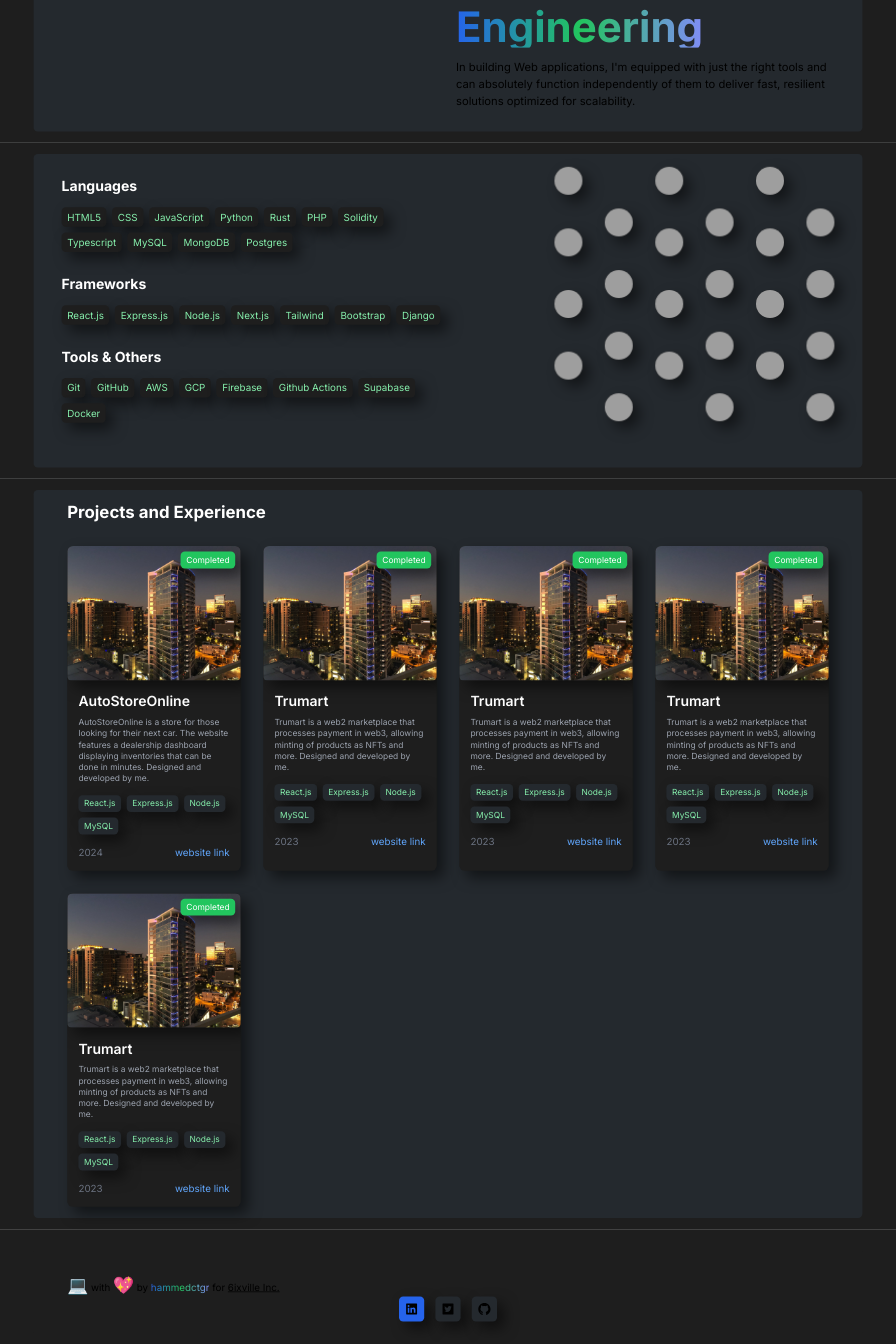
Repository: muhammedctgr/hammedctgr
Page: /
An editor plug-in stored every save of this project. The page is shown before and after the next save, followed by the edit.
The browser window is 1280 px wide. The pictures show the part of the page from y = 840 to 2760 px (the page is 2760 px tall), at 70% of full size.
Pictures or frames that could not be fetched are drawn as grey boxes. The project was rebuilt for these pictures with package versions that can differ from the ones it lists, and the page was loaded fresh each time. The framework's server and built-in components were replaced by stand-ins that run in the browser. Also part of the build but not shown: next.config.mjs.

Above is the page before, as saved 2024-08-13 20:43:29.

### app/layout.tsx
import type { Metadata } from "next";
import { Inter } from "next/font/google";
import "./globals.css";

const inter = Inter({ subsets: ["latin"] });

export const metadata: Metadata = {
  title: "Popoola Muhammed",
  description: "Generated by create next app",
};

export default function RootLayout({
  children,
}: Readonly<{
  children: React.ReactNode;
}>) {
  return (
    <html lang="en">
      <body className={inter.className}>{children}</body>
    </html>
  );
}

### app/page.tsx
import Head from 'next/head';
import Hero from '../components/Hero';
import SkillsSection from '@/components/SkillsSection';
import SummarySection from '@/components/SummarySection';
import ProjectsSection from '@/components/ProjectsSection';
import Footer from '@/components/Footer';

const Home = () => (
  <div>
    <Head>
      <title>Popoola Muhammed</title>
      <meta name="description" content="Welcome to my developer portfolio" />
    </Head>

    <Hero />
    <SummarySection />
    <SkillsSection />
    <ProjectsSection />
    <Footer />
  </div>
);

export default Home;

### app/globals.css
@tailwind base;
@tailwind components;
@tailwind utilities;

:root {
  --foreground-rgb: 0, 0, 0;
  --background-start-rgb: 214, 219, 220;
  --background-end-rgb: 255, 255, 255;
}

@media (prefers-color-scheme: dark) {
  :root {
    --foreground-rgb: 255, 255, 255;
    --background-start-rgb: 0, 0, 0;
    --background-end-rgb: 0, 0, 0;
  }
}

body {
  color: rgb(var(--foreground-rgb));
  background: linear-gradient(
      to bottom,
      transparent,
      rgb(var(--background-end-rgb))
    )
    rgb(var(--background-start-rgb));
}

@layer utilities {
  .text-balance {
    text-wrap: balance;
  }
}


@keyframes upDown {
  0%, 100% {
    transform: translateY(0);
  }
  50% {
    transform: translateY(-10px); /* Adjust the value as needed */
  }
}

.animate-upDown {
  animation: upDown 2s infinite ease-in-out; /* Adjust duration as needed */
}


@keyframes scroll-medium {
  0% {
    transform: translateY(-100%);
  }
  100% {
    transform: translateY(100%);
  }
}

@keyframes scroll-fast {
  0% {
    transform: translateY(-100%);
  }
  100% {
    transform: translateY(30vh);
  }
}

@keyframes scroll-upfast {
  0% {
    transform: translateY(100%);
  }
  100% {
    transform: translateY(-30vh);
  }
}

.animate-scroll-upfast {
  animation: scroll-upfast 2s linear infinite;
}

.animate-scroll-fast {
  animation: scroll-fast 2s linear infinite;
}

.animate-scroll-medium {
  animation: scroll-medium 6s linear infinite;
}

.animate-scroll-delay {
  animation-delay: 2s;
}

.animate-scroll-delay-long {
  animation-delay: 4s;
}

.animate-scroll {
  animation: scroll 10s linear infinite;
}

.neumorph {
  border-radius: 5px;
  background: linear-gradient(145deg, #161414, #1a1818);
  box-shadow:  5px 5px 10px #111010,
               -5px -5px 10px #1f1c1c;
}

### components/Hero.tsx
import Image from 'next/image';
import profilePic from '../public/profile.png';
import { AiFillLinkedin, AiFillGithub, AiFillTwitterSquare, AiFillX } from 'react-icons/ai';

const Hero = () => {
  return (
    <section className="bg-gptGray px-4 py-4 md:pt-8 md:px-8 lg:px-12 text-white flex items-center">
  <div className="container bg-githubGray shadow-lg rounded-md mx-auto flex flex-col md:flex-row md:px-2 relative overflow-hidden">
    <div className="flex-1 text-left p-4 md:p-8">
      <div className="inline-block bg-blue-600 text-black py-1 px-3 mb-4 rounded-md">
        Hi, I’m
      </div>
      <div className="mb-6">
        <h1 className="text-xl md:text-3xl font-bold">Popoola Muhammed</h1>
        <p className="mt-2 text-lg md:text-xl">Full-Stack Developer, I build and manage</p>
      </div>
      <ul className="mt-4 list-disc list-inside text-xs md:text-base">
        <li>Highly Optimized and Responsive <span className="text-blue-600">FRONT-END</span></li>
        <li>Secure and Scalable <span className="text-blue-600">BACK-END & DATABASE</span></li>
        <li><span className="text-blue-600">IT</span> Infrastructure</li>
      </ul>
      <div className="mt-6">
        <a href="#contact" className="underline">Let’s Connect</a>
        <div className="mt-2 flex justify-start space-x-4">
          <a href="#" className="bg-blue-600 p-2 rounded-md shadow-deep-all">
            <AiFillLinkedin size={20} />
          </a>
          <a href="#" className="bg-githubGray p-2 rounded-md shadow-deep-all">
            <AiFillTwitterSquare size={20} />
          </a>
          <a href="#" className="bg-githubGray p-2 rounded-md shadow-deep-all">
            <AiFillGithub size={20} />
          </a>
        </div>
      </div>
    </div>
    <div className="relative flex-1 p-4 md:p-8">
      <img src="https://cdn.jsdelivr.net/gh/devicons/devicon@latest/icons/python/python-original.svg" className="right-4 w-8 h-8 md:w-16 md:h-16 lg:w-16 lg:h-16 bg-gptGray rounded-md animate-bounce shadow-deep-all" />
      <div className="relative w-40 h-40 md:w-72 md:h-72 lg:w-96 lg:h-96 mx-auto">
        <Image src={profilePic} alt="Popoola Muhammed" layout="fill" className="rounded-full object-cover animate-upDown" />
      </div>
      <img src="https://cdn.jsdelivr.net/gh/devicons/devicon@latest/icons/rust/rust-original.svg"  className="w-8 h-8 md:w-16 md:h-16 lg:w-16 lg:h-16 bg-gptGray rounded-3xl shadow-deep-all animate-bounce absolute top-8 right-4" />
      <img src="https://cdn.jsdelivr.net/gh/devicons/devicon@latest/icons/javascript/javascript-original.svg" className="w-8 h-8 md:w-12 md:h-12 lg:w-12 lg:h-12 bg-gptGray rounded-md animate-bounce shadow-deep-all" />
    </div>
    <img src="https://cdn.jsdelivr.net/gh/devicons/devicon@latest/icons/nextjs/nextjs-original.svg" className="w-8 h-8 md:w-12 md:h-12 lg:w-12 lg:h-12 bg-gptGray rounded-3xl shadow-deep-all animate-bounce absolute bottom-4 right-36" />
  </div>
</section>
  );
};

export default Hero;

### components/SkillsSection.tsx
import Image from 'next/image';
import { FC } from 'react';

interface SkillCategory {
  title: string;
  skills: { name: string; }[];
}

const skills: SkillCategory[] = [
  {
    title: "Languages",
    skills: [
      { name: "HTML5",  },
      { name: "CSS", },
      { name: "JavaScript",  },
      { name: "Python", },
      { name: "Rust",  },
      { name: "PHP", },
      { name: "Solidity",  },
      { name: "Typescript",  },
      { name: "MySQL",  },
      { name: "MongoDB", },
      { name: "Postgres", },
    ],
  },
  {
    title: "Frameworks",
    skills: [
      { name: "React.js", },
      { name: "Express.js",  },
      { name: "Node.js", },
      { name: "Next.js", },
      { name: "Tailwind", },
      { name: "Bootstrap", },
      { name: "Django", }
    ],
  },
  {
    title: "Tools & Others",
    skills: [
      { name: "Git",  },
      { name: "GitHub",  },
      { name: "AWS", },
      { name: "GCP", },
      { name: "Firebase", },
      { name: "Github Actions", },
      { name: "Supabase",  },
      { name: "Docker",  },
    ],
  },
];

const icons = [
  "/icons/html5.svg", // Replace with your icon paths
  "/icons/css3.svg",
  "/icons/javascript.svg",
  "/icons/python.svg",
  // Add the rest of the icons as needed
];

const SkillsSection: FC = () => {
  return (
  <section className="px-4 py-4 md:px-8 lg:px-12 bg-gptGray text-white w-full h-full">
  <div className="container bg-githubGray rounded-md mx-auto flex flex-col md:flex-row items-start md:px-2">
    <div className="flex-1 p-4 md:p-8">
      {skills.map((category) => (
        <div key={category.title} className="mb-8">
          <h2 className="text-lg md:text-xl font-bold mb-4 ">{category.title}</h2>
          <div className="flex flex-wrap gap-2">
            {category.skills.map((skill) => (
              <span
                key={skill.name}
                className={`px-2 py-1 rounded-md text-sm shadow-deep-all bg-gptGray text-green-300`}
              >
                {skill.name}
              </span>
            ))}
          </div>
        </div>
      ))}
    </div>
    <div className="flex-1 flex flex-col items-center md:items-end overflow-hidden md:pb-8">
      <div className="grid grid-cols-6 md:grid-cols-6 gap-8 p-4 md:p-8">
      <img src="https://cdn.jsdelivr.net/gh/devicons/devicon@latest/icons/html5/html5-original.svg" className="w-10 h-10 md:w-10 md:h-10 lg:w-10 lg:h-10 bg-gptGray rounded-3xl shadow-deep-all mt-4 animate-scroll-fast" />
      <img src="https://cdn.jsdelivr.net/gh/devicons/devicon@latest/icons/css3/css3-original.svg" className="w-10 h-10 md:w-10 md:h-10 lg:w-10 lg:h-10 bg-gptGray rounded-3xl shadow-deep-all mt-4 animate-scroll-upfast" />
      <img src="https://cdn.jsdelivr.net/gh/devicons/devicon@latest/icons/javascript/javascript-original.svg" className="w-10 h-10 md:w-10 md:h-10 lg:w-10 lg:h-10 bg-gptGray rounded-3xl shadow-deep-all mt-4 animate-scroll-fast" />
      <img src="https://cdn.jsdelivr.net/gh/devicons/devicon@latest/icons/python/python-original.svg" className="w-10 h-10 md:w-10 md:h-10 lg:w-10 lg:h-10 bg-gptGray rounded-3xl shadow-deep-all mt-4 animate-scroll-upfast" />
      <img src="https://cdn.jsdelivr.net/gh/devicons/devicon@latest/icons/rust/rust-original.svg"  className="w-10 h-10 md:w-10 md:h-10 lg:w-10 lg:h-10 bg-gptGray rounded-3xl shadow-deep-all mt-4 animate-scroll-fast" />
      <img src="https://cdn.jsdelivr.net/gh/devicons/devicon@latest/icons/php/php-original.svg" className="w-10 h-10 md:w-10 md:h-10 lg:w-10 lg:h-10 bg-gptGray rounded-3xl shadow-deep-all mt-4 animate-scroll-upfast"  />
      <img src="https://cdn.jsdelivr.net/gh/devicons/devicon@latest/icons/solidity/solidity-original.svg" className="w-10 h-10 md:w-10 md:h-10 lg:w-10 lg:h-10 bg-gptGray rounded-3xl shadow-deep-all mt-4 animate-scroll-fast" />
      <img src="https://cdn.jsdelivr.net/gh/devicons/devicon@latest/icons/typescript/typescript-original.svg" className="w-10 h-10 md:w-10 md:h-10 lg:w-10 lg:h-10 bg-gptGray rounded-3xl shadow-deep-all mt-4 animate-scroll-upfast" />
      <img src="https://cdn.jsdelivr.net/gh/devicons/devicon@latest/icons/mysql/mysql-original.svg" className="w-10 h-10 md:w-10 md:h-10 lg:w-10 lg:h-10 bg-gptGray rounded-3xl shadow-deep-all mt-4 animate-scroll-fast" />
      <img src="https://cdn.jsdelivr.net/gh/devicons/devicon@latest/icons/mongodb/mongodb-original.svg" className="w-10 h-10 md:w-10 md:h-10 lg:w-10 lg:h-10 bg-gptGray rounded-3xl shadow-deep-all mt-4 animate-scroll-upfast" />
      <img src="https://cdn.jsdelivr.net/gh/devicons/devicon@latest/icons/react/react-original.svg" className="w-10 h-10 md:w-10 md:h-10 lg:w-10 lg:h-10 bg-gptGray rounded-3xl shadow-deep-all mt-4 animate-scroll-fast" />
      <img src="https://cdn.jsdelivr.net/gh/devicons/devicon@latest/icons/nextjs/nextjs-original.svg" className="w-10 h-10 md:w-10 md:h-10 lg:w-10 lg:h-10 bg-gptGray rounded-3xl shadow-deep-all mt-4 animate-scroll-upfast" />
      <img src="https://cdn.jsdelivr.net/gh/devicons/devicon@latest/icons/tailwindcss/tailwindcss-original.svg" className="w-10 h-10 md:w-10 md:h-10 lg:w-10 lg:h-10 bg-gptGray rounded-3xl shadow-deep-all mt-4 animate-scroll-fast" />
      <img src="https://cdn.jsdelivr.net/gh/devicons/devicon@latest/icons/git/git-original.svg" className="w-10 h-10 md:w-10 md:h-10 lg:w-10 lg:h-10 bg-gptGray rounded-3xl shadow-deep-all mt-4 animate-scroll-upfast" />
      <img src="https://cdn.jsdelivr.net/gh/devicons/devicon@latest/icons/github/github-original.svg" className="w-10 h-10 md:w-10 md:h-10 lg:w-10 lg:h-10 bg-gptGray rounded-3xl shadow-deep-all mt-4 animate-scroll-fast" />
      <img src="https://cdn.jsdelivr.net/gh/devicons/devicon@latest/icons/amazonwebservices/amazonwebservices-original-wordmark.svg" className="w-10 h-10 md:w-10 md:h-10 lg:w-10 lg:h-10 bg-gptGray rounded-3xl shadow-deep-all mt-4 animate-scroll-upfast" />
      <img src="https://cdn.jsdelivr.net/gh/devicons/devicon@latest/icons/googlecloud/googlecloud-original.svg" className="w-10 h-10 md:w-10 md:h-10 lg:w-10 lg:h-10 bg-gptGray rounded-3xl shadow-deep-all mt-4 animate-scroll-fast" />
      <img src="https://cdn.jsdelivr.net/gh/devicons/devicon@latest/icons/postgresql/postgresql-original.svg" className="w-10 h-10 md:w-10 md:h-10 lg:w-10 lg:h-10 bg-gptGray rounded-3xl shadow-deep-all mt-4 animate-scroll-upfast" />
      <img src="https://cdn.jsdelivr.net/gh/devicons/devicon@latest/icons/supabase/supabase-original.svg" className="w-10 h-10 md:w-10 md:h-10 lg:w-10 lg:h-10 bg-gptGray rounded-3xl shadow-deep-all mt-4 animate-scroll-fast" />
      <img src="https://cdn.jsdelivr.net/gh/devicons/devicon@latest/icons/docker/docker-original.svg" className="w-10 h-10 md:w-10 md:h-10 lg:w-10 lg:h-10 bg-gptGray rounded-3xl shadow-deep-all mt-4 animate-scroll-upfast" />
      <img src="https://cdn.jsdelivr.net/gh/devicons/devicon@latest/icons/django/django-plain.svg" className="w-10 h-10 md:w-10 md:h-10 lg:w-10 lg:h-10 bg-gptGray rounded-3xl shadow-deep-all mt-4 animate-scroll-fast" />
      <img src="https://cdn.jsdelivr.net/gh/devicons/devicon@latest/icons/bootstrap/bootstrap-original.svg" className="w-10 h-10 md:w-10 md:h-10 lg:w-10 lg:h-10 bg-gptGray rounded-3xl shadow-deep-all mt-4 animate-scroll-upfast" />
      <img src="https://cdn.jsdelivr.net/gh/devicons/devicon@latest/icons/nodejs/nodejs-original.svg" className="w-10 h-10 md:w-10 md:h-10 lg:w-10 lg:h-10 bg-gptGray rounded-3xl shadow-deep-all mt-4 animate-scroll-fast" />
      <img src="https://cdn.jsdelivr.net/gh/devicons/devicon@latest/icons/githubactions/githubactions-original.svg" className="w-10 h-10 md:w-10 md:h-10 lg:w-10 lg:h-10 bg-gptGray rounded-3xl shadow-deep-all mt-4 animate-scroll-upfast" />
      </div>
    </div>
  </div>
</section>
  );
};

export default SkillsSection;

### components/SummarySection.tsx
import { FC } from 'react';

const SummarySection: FC = () => {
  return (
<section className="px-4 py-4 md:px-8 lg:px-12 bg-gptGray relative overflow-hidden">
  <div className="container bg-githubGray mx-auto flex rounded-md flex-col md:flex-row justify-between items-start md:px-8 p-4 md:p-8">
    <div className=" mb-8 md:mb-8">
      <div className="mb-4">
        <span className="text-4xl md:text-6xl font-bold bg-gradient-to-r from-blue-600 via-green-500 to-indigo-400 inline-block text-transparent bg-clip-text">Software</span>
      </div>
      <p className="text-sm md:text-base">
        I'm probably not the typical dev stationed behind a computer, but building state-of-the-art web apps, optimizing performance for scale and avoiding downtime is where you'll find me.
      </p>
    </div>
    <div className=" md:mt-48">
      <div className="mb-4">
        <span className="text-4xl md:text-6xl font-bold bg-gradient-to-r from-blue-600 via-green-500 to-indigo-400 inline-block text-transparent bg-clip-text">Engineering</span>
      </div>
      <p className="text-sm md:text-base">
        In building Web applications, I'm equipped with just the right tools and can absolutely function independently of them to deliver fast, resilient solutions optimized for scalability.
      </p>
    </div>
  </div>
</section>
  );
};

export default SummarySection;

### components/ProjectsSection.tsx
import { FC } from 'react';

interface Project {
  title: string;
  description: string;
  technologies: string[];
  date: string;
  status: string;
  image: string;
  link: string;
}

const projects: Project[] = [
  {
    title: "AutoStoreOnline",
    description: "AutoStoreOnline is a store for those looking for their next car. The website features a dealership dashboard displaying inventories that can be done in minutes. Designed and developed by me.",
    technologies: ["React.js", "Express.js", "Node.js", "MySQL"],
    date: "2024",
    status: "Completed",
    image: "pic1.jpg",
    link: "https://example.com",
  },
  {
    title: "Trumart",
    description: "Trumart is a web2 marketplace that processes payment in web3, allowing minting of products as NFTs and more. Designed and developed by me.",
    technologies: ["React.js", "Express.js", "Node.js", "MySQL"],
    date: "2023",
    status: "Completed",
    image: "pic1.jpg",
    link: "https://example.com",
  },
  {
    title: "Trumart",
    description: "Trumart is a web2 marketplace that processes payment in web3, allowing minting of products as NFTs and more. Designed and developed by me.",
    technologies: ["React.js", "Express.js", "Node.js", "MySQL"],
    date: "2023",
    status: "Completed",
    image: "pic1.jpg",
    link: "https://example.com",
  },
  {
    title: "Trumart",
    description: "Trumart is a web2 marketplace that processes payment in web3, allowing minting of products as NFTs and more. Designed and developed by me.",
    technologies: ["React.js", "Express.js", "Node.js", "MySQL"],
    date: "2023",
    status: "Completed",
    image: "pic1.jpg",
    link: "https://example.com",
  },
  {
    title: "Trumart",
    description: "Trumart is a web2 marketplace that processes payment in web3, allowing minting of products as NFTs and more. Designed and developed by me.",
    technologies: ["React.js", "Express.js", "Node.js", "MySQL"],
    date: "2023",
    status: "Completed",
    image: "pic1.jpg",
    link: "https://example.com",
  },
  // Add more projects as needed...
];

const ProjectsSection: FC = () => {
  return (
    <section className="bg-gptGray md:px-8 px-4 py-4 lg:px-12">
      <div className="container bg-githubGray rounded-md mx-auto md:px-8 ">
        <h2 className="text-2xl font-bold text-white p-4">Projects and Experience</h2>
        <div className="grid grid-cols-1 sm:grid-cols-3 lg:grid-cols-4 gap-8 p-4">
          {projects.map((project, index) => (
            <div key={index} className="bg-gptGray rounded-lg overflow-hidden shadow-deep-all">
              <div className="relative w-full h-48">
                <img src={project.image} alt={project.title} className="w-full h-full object-cover shadow-deep-all rounded-md" />
                <span className="shadow-deep-all absolute top-2 right-2 bg-green-500 text-xs text-white px-2 py-1 rounded-md">{project.status}</span>
              </div>
              <div className="p-4">
                <h3 className="text-xl font-semibold text-white mb-2">{project.title}</h3>
                <p className="text-gray-400 text-xs mb-4">{project.description}</p>
                <div className="flex flex-wrap gap-2 mb-4">
                  {project.technologies.map((tech, i) => (
                    <span key={i} className="bg-githubGray shadow-deep-all text-green-300 text-xs px-2 py-1 rounded-md">{tech}</span>
                  ))}
                </div>
                <div className="flex justify-between items-center">
                  <span className="text-gray-500 text-sm">{project.date}</span>
                  <a href={project.link} target="_blank" rel="noopener noreferrer" className="text-blue-400 hover:underline text-sm">website link</a>
                </div>
              </div>
            </div>
          ))}
        </div>
      </div>
    </section>
  );
};

export default ProjectsSection;

### components/Footer.tsx
import { AiFillLinkedin, AiFillGithub, AiFillTwitterSquare, AiFillX } from 'react-icons/ai';

const Footer = () => {
    return (
        <div className="bg-gptGray px-4 py-4 md:pt-8 md:px-8 lg:px-12">
            <div className='bg-gptGray px-4 py-4 md:pt-8 md:px-12 text-sm'>
                <p>
                <span className='text-2xl'>&#128187;</span> with <span className='text-2xl animate-pulse'>&#128150;</span> by <span className='bg-gradient-to-r from-blue-600 via-green-500 to-indigo-400 inline-block text-transparent bg-clip-text'>hammedctgr</span> for <a href="https://6ixville.github.io/" target="_blank" rel="noopener noreferrer" className='underline'>6ixville Inc.</a>
                </p>
                <div className="">
                    <div className=" flex justify-center space-x-4 ">
                        <a href="#" className="bg-blue-600 p-2 rounded-md shadow-deep-all">
                            <AiFillLinkedin size={20} />
                        </a>
                        <a href="#" className="bg-githubGray p-2 rounded-md shadow-deep-all">
                            <AiFillTwitterSquare size={20} />
                        </a>
                        <a href="#" className="bg-githubGray p-2 rounded-md shadow-deep-all">
                            <AiFillGithub size={20} />
                        </a>
                    </div>
                </div>
            </div>
       </div>
     );
}

export default Footer;

### tailwind.config.ts
import type { Config } from "tailwindcss";

const config: Config = {
  content: [
    "./pages/**/*.{js,ts,jsx,tsx,mdx}",
    "./components/**/*.{js,ts,jsx,tsx,mdx}",
    "./app/**/*.{js,ts,jsx,tsx,mdx}",
  ],
  theme: {
    extend: {
      backgroundImage: {
        "gradient-radial": "radial-gradient(var(--tw-gradient-stops))",
        "gradient-conic":
          "conic-gradient(from 180deg at 50% 50%, var(--tw-gradient-stops))",
      },
      colors: {
        githubGray: '#24292e',
        gptGray: '#1e1e1e', // Define the exact color
        gradient: 'bg-gradient-to-r from-blue-600 via-green-500 to-indigo-400 inline-block text-transparent bg-clip-text'
      },
      boxShadow: {
        'deep-right': '10px 10px 20px rgba(0, 0, 0, 0.25)',  // Right side shadow
        'deep-left': '-10px 10px 20px rgba(0, 0, 0, 0.25)',  // Left side shadow
        'deep-top': '10px -10px 20px rgba(0, 0, 0, 0.25)',   // Top side shadow
        'deep-bottom': '10px 10px 20px rgba(0, 0, 0, 0.25)', // Bottom side shadow
        'deep-all': '10px 10px 20px rgba(0, 0, 0, 0.5)',     // All sides shadow
      }
    },
  },
  plugins: [],
};
export default config;

After the next save:
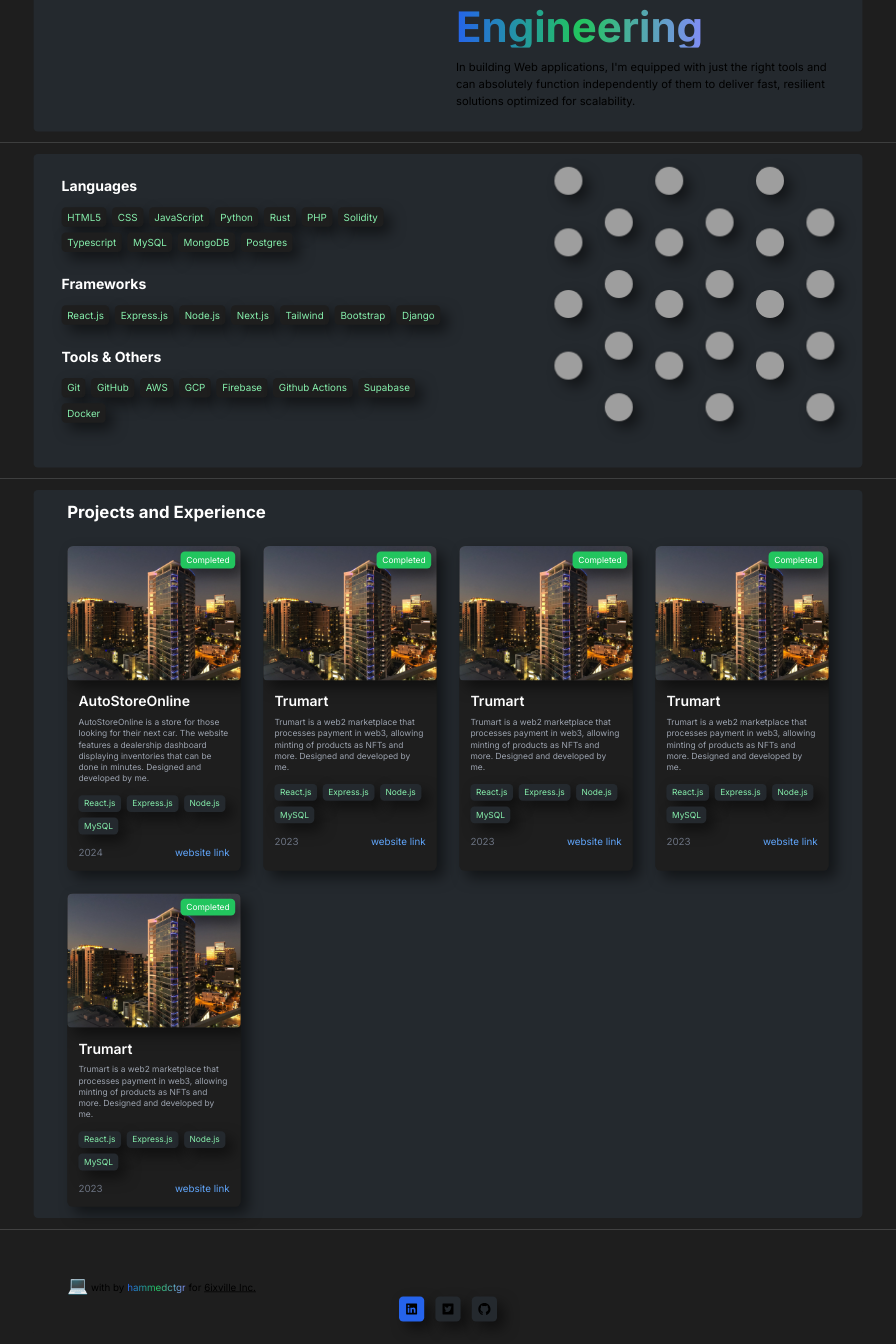
Saved 14 s later.
--- a/components/Footer.tsx
+++ b/components/Footer.tsx
@@ -5,7 +5,7 @@ const Footer = () => {
         <div className="bg-gptGray px-4 py-4 md:pt-8 md:px-8 lg:px-12">
             <div className='bg-gptGray px-4 py-4 md:pt-8 md:px-12 text-sm'>
                 <p>
-                <span className='text-2xl'>&#128187;</span> with <span className='text-2xl animate-pulse'>&#128150;</span> by <span className='bg-gradient-to-r from-blue-600 via-green-500 to-indigo-400 inline-block text-transparent bg-clip-text'>hammedctgr</span> for <a href="https://6ixville.github.io/" target="_blank" rel="noopener noreferrer" className='underline'>6ixville Inc.</a>
+                <span className='text-2xl'>&#128187;</span> with  by <span className='bg-gradient-to-r from-blue-600 via-green-500 to-indigo-400 inline-block text-transparent bg-clip-text'>hammedctgr</span> for <a href="https://6ixville.github.io/" target="_blank" rel="noopener noreferrer" className='underline'>6ixville Inc.</a>
                 </p>
                 <div className="">
                     <div className=" flex justify-center space-x-4 ">
